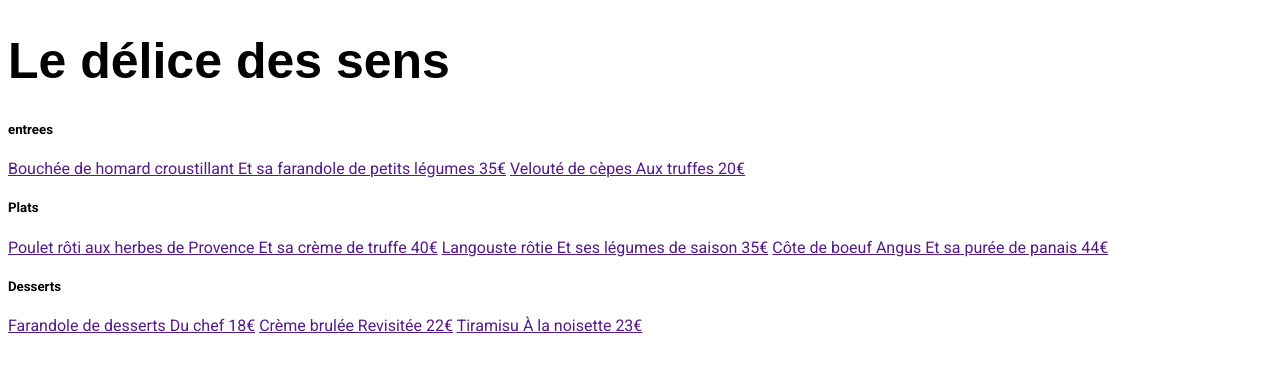
Repository: lysianebo/OHMYFOOD
Page: Le_délice_des sens.html
The author's editor kept a copy of each file at every save. The page is drawn from the files as they stood at one save, then again after the next save.
The browser window is 1280 px wide. The pictures show the whole page.
Some web fonts or font styles are not loaded; a fallback is used. Some web libraries are served in a nearby version.

Above is the page before, as saved 2022-10-22 16:15:58.

After the next save:
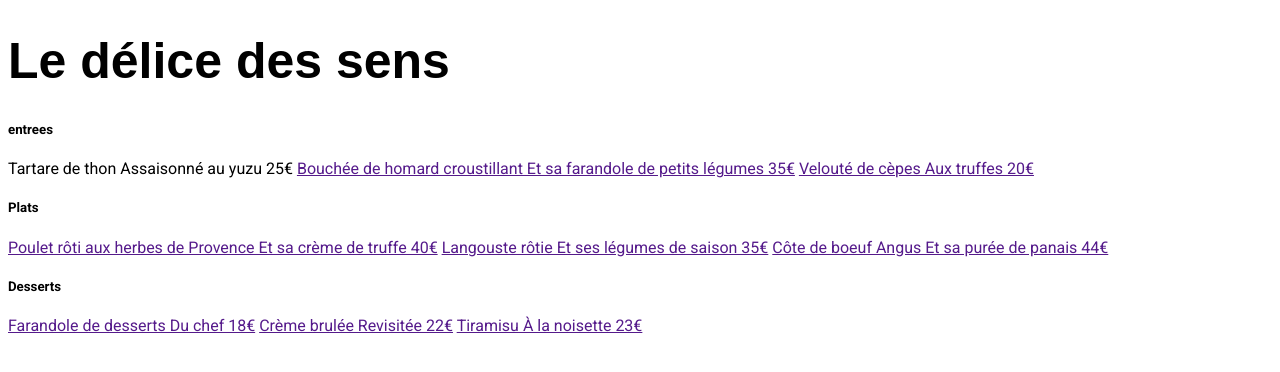
Saved 6 s later.
--- a/Le_délice_des sens.html
+++ b/Le_délice_des sens.html
@@ -12,7 +12,7 @@
     <h1>Le délice des sens</h1>
 
    <h5>entrees</h5>
-   <a href="" class="btn grey"Tartare de thon
+   <a href="" class="btn grey"></a>Tartare de thon
     Assaisonné au yuzu
     25€</a>
 
